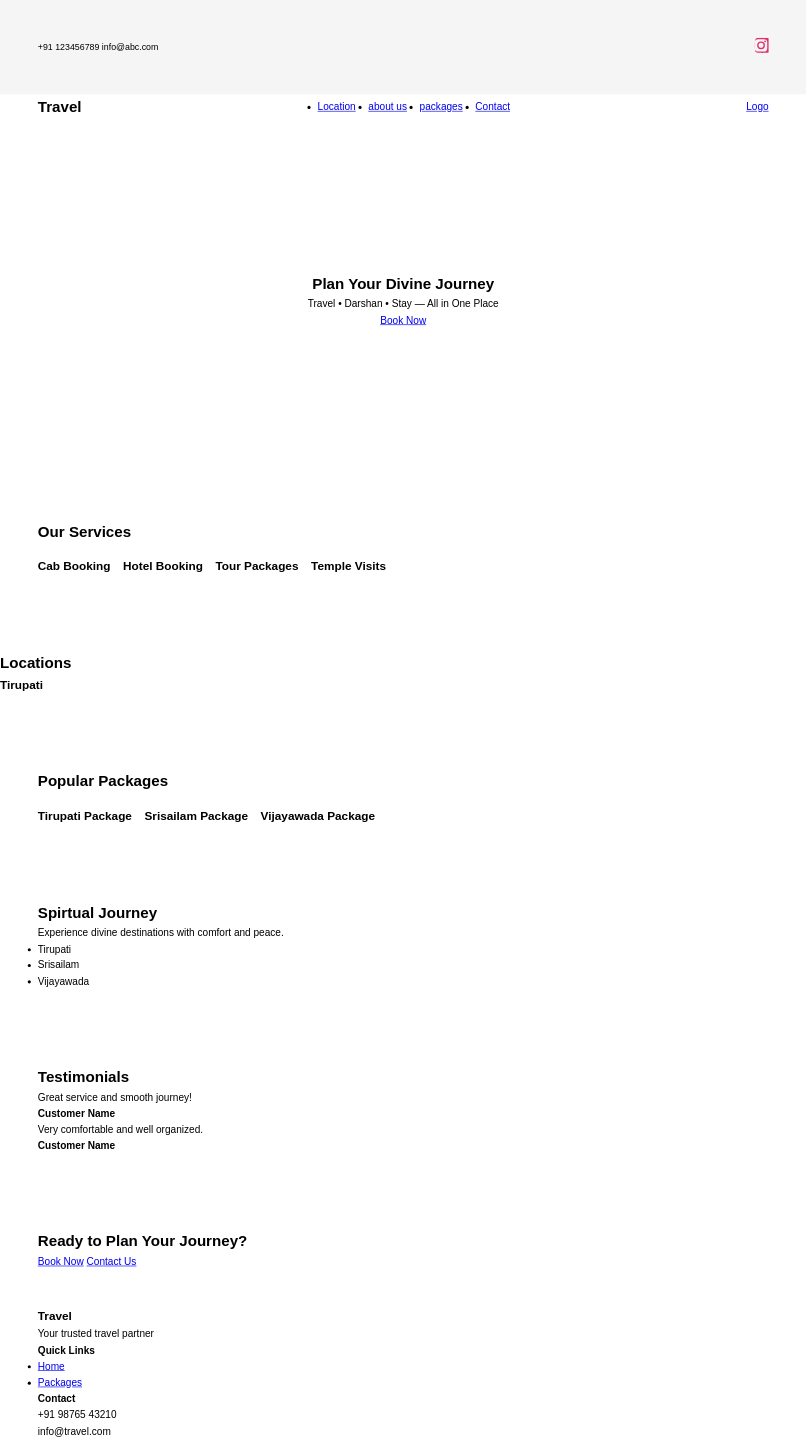
Repository: heytirupati/Bookingweb
Page: index.html
These files come from the project's save history. The page is drawn as it stood at one moment and after a run of saves; the edit follows.
The browser window is 1280 px wide. The pictures show the whole page, at 63% of full size.

Above is the page before, as saved 2026-03-27 11:45:43.

### index.html
<!DOCTYPE html>

<html lang="en">


    <link rel="stylesheet" href="css/style.css">
<head>
    <meta charset="UTF-8">
    <meta name="viewport" content="width=device-width, initial-scale=1.0">
    <title> Travel Website</title>
</head>
<body>


<!-- this is top bar section  -->
    <section class="top-bar">
        <div class="container">
            <div class="top-left">
                <span> +91 123456789</span>
                <span>info@abc.com</span>
            </div>
            <div class="top-right"></div>
            <a href="instalink here" target="blank">
                <svg xmlns="http://www.w3.org/2000/svg" width="24" height="24" fill="#E1306C" viewBox="0 0 24 24">
                    <path d="M12 2.163c3.204 0 3.584.012 4.849.07 1.366.062 2.633.34 3.608 1.316.975.975 1.254 2.242 1.316 3.608.058 1.265.069 1.645.069 4.849s-.012 3.584-.07 4.849c-.062 1.366-.34 2.633-1.316 3.608-.975.975-2.242 1.254-3.608 1.316-1.265.058-1.645.069-4.849.069s-3.584-.012-4.849-.07c-1.366-.062-2.633-.34-3.608-1.316-.975-.975-1.254-2.242-1.316-3.608C2.175 15.584 2.163 15.204 2.163 12s.012-3.584.07-4.849c.062-1.366.34-2.633 1.316-3.608C4.524 2.573 5.791 2.294 7.157 2.232 8.422 2.175 8.802 2.163 12 2.163zm0-2.163C8.741 0 8.332.013 7.052.072 5.78.131 4.658.414 3.732 1.34 2.806 2.266 2.523 3.388 2.464 4.66 2.405 5.941 2.392 6.35 2.392 12c0 5.65.013 6.059.072 7.34.059 1.272.342 2.394 1.268 3.32.926.926 2.048 1.209 3.32 1.268 1.281.059 1.69.072 7.34.072s6.059-.013 7.34-.072c1.272-.059 2.394-.342 3.32-1.268.926-.926 1.209-2.048 1.268-3.32.059-1.281.072-1.69.072-7.34s-.013-6.059-.072-7.34c-.059-1.272-.342-2.394-1.268-3.32-.926-.926-2.048-1.209-3.32-1.268C18.059.013 17.65 0 12 0z"/>
                    <path d="M12 5.838a6.162 6.162 0 1 0 0 12.324 6.162 6.162 0 0 0 0-12.324zm0 10.162a3.999 3.999 0 1 1 0-7.998 3.999 3.999 0 0 1 0 7.998z"/>
                    <circle cx="18.406" cy="5.594" r="1.44"/>

                </svg>
            </a>

        </div>

    </section>



    <!-- this is nav section  -->

    <header class="navbar">
        <div class="container">
            <div class="logo">
                <h2>Travel</h2>
            </div>

            <nav class="nav-menu">
                <ul>
                    <li><a href="#">Location</a></li>
                    <li><a href="#">about us</a></li>
                    <li><a href="#">packages</a></li>
                    <li><a href="#">Contact</a></li>

                </ul>

            </nav>
            <div class="top-left">
                <a href="#">Logo</a>

            </div>

        </div>

    </header>

    <section class="hero">
        <div class="container">
            <h1>Plan Your Divine Journey</h1>
            <p>Travel • Darshan • Stay — All in One Place</p>
            <div class="nav-btn">
                <a href="#">Book Now</a>
            </div>
        </div>
    </section>

    <section>
        <div class="services">
            <div class="container">
                <h2>Our Services</h2>
                <div class="service-cards">
                     <div class="card">
                    <h3>Cab Booking</h3>
                </div>

                <div class="card">
                    <h3>Hotel Booking</h3>
                </div>

                <div class="card">
                    <h3>Tour Packages</h3>
                </div>

                <div class="card">
                    <h3>Temple Visits</h3>
                </div>

            </div>

        </div>
    </section>


<!-- this is Location section  -->

<section class="locations">
    <h2>Locations</h2>
            <div class="location-card">
                <h3>Tirupati</h3>
            </div>
    </div>
</section>


<!-- this is popular package section  -->
<section class="packages">
        <div class="container">
            <h2>Popular Packages</h2>
            <div class="package-cards">

                <div class="card">
                    <h3>Tirupati Package</h3>
                </div>

                <div class="card">
                    <h3>Srisailam Package</h3>
                </div>

                <div class="card">
                    <h3>Vijayawada Package</h3>
                </div>

            </div>
        </div>
    </section>
<!-- this is Spirtual Journey section  -->
    <section class="spiritual">
        <div class="container">
            <div class="spiritual-content">
                <h2>Spirtual Journey</h2>
                <p>
                    Experience divine destinations with comfort and peace.
                </p>
                <ul>
                    <li>Tirupati</li>
                    <li>Srisailam</li>
                    <li>Vijayawada</li>
                </ul>

            </div>
            <div class="spiritual-image">
                <!-- Image goes here -->
            </div>
        </div>

    </section>
<!-- 8. Testimonials -->
    <section class="testimonials">
        <div class="container">
            <h2>Testimonials</h2>
            <div class="testimonial-cards">

                <div class="card">
                    <p>Great service and smooth journey!</p>
                    <h4>Customer Name</h4>
                </div>

                <div class="card">
                    <p>Very comfortable and well organized.</p>
                    <h4>Customer Name</h4>
                </div>

            </div>
        </div>
    </section>

    <!-- 9. CTA Section -->
    <section class="cta">
        <div class="container">
            <h2>Ready to Plan Your Journey?</h2>
            <a href="#">Book Now</a>
            <a href="#">Contact Us</a>
        </div>
    </section>

    <!-- 10. Footer -->
    <footer class="footer">
        <div class="container">

            <div class="footer-col">
                <h3>Travel</h3>
                <p>Your trusted travel partner</p>
            </div>

            <div class="footer-col">
                <h4>Quick Links</h4>
                <ul>
                    <li><a href="#">Home</a></li>
                    <li><a href="#">Packages</a></li>
                </ul>
            </div>

            <div class="footer-col">
                <h4>Contact</h4>
                <p>+91 98765 43210</p>
                <p>info@travel.com</p>
            </div>

        </div>
    </footer>











</body>
</html>

### css/style.css
* {
    margin: 0;
    padding: 0;
    box-sizing:border-box ;

}

body{
    font-family: Arial,sans-serif;
    line-height: 1.6;
}

.container{
    max-width: 1200px;
    margin: auto;
    padding: 0 20px;
}

section{
    padding: 60px 0;
}

.flex{
    display: flex;
    justify-content: space-between;
    align-items: center;
}

.top-bar{
    background-color : #f5f5f5 ;
    font-size: 14px;
}

.top-bar .container{
    display: flex;
    justify-content: space-between;
    align-items: center;
}

.navbar{
    background-color: #fff;

}

.navbar .container{
    display: flex;
    justify-content: space-between;
    align-items: center;
}
.nav-menu ul{
    display: flex;
    justify-content: space-between;
    gap: 20px;
}

.hero{
    height: 80vh;
    display: flex;
    align-items: center;
    text-align: center;
}

.service-cards,
.package-cards,
.testimonal-cards{
    display: flex;
    gap: 20px;
    margin-top: 20px;
}

.card{
    flex:;
}

After the next 2 saves:
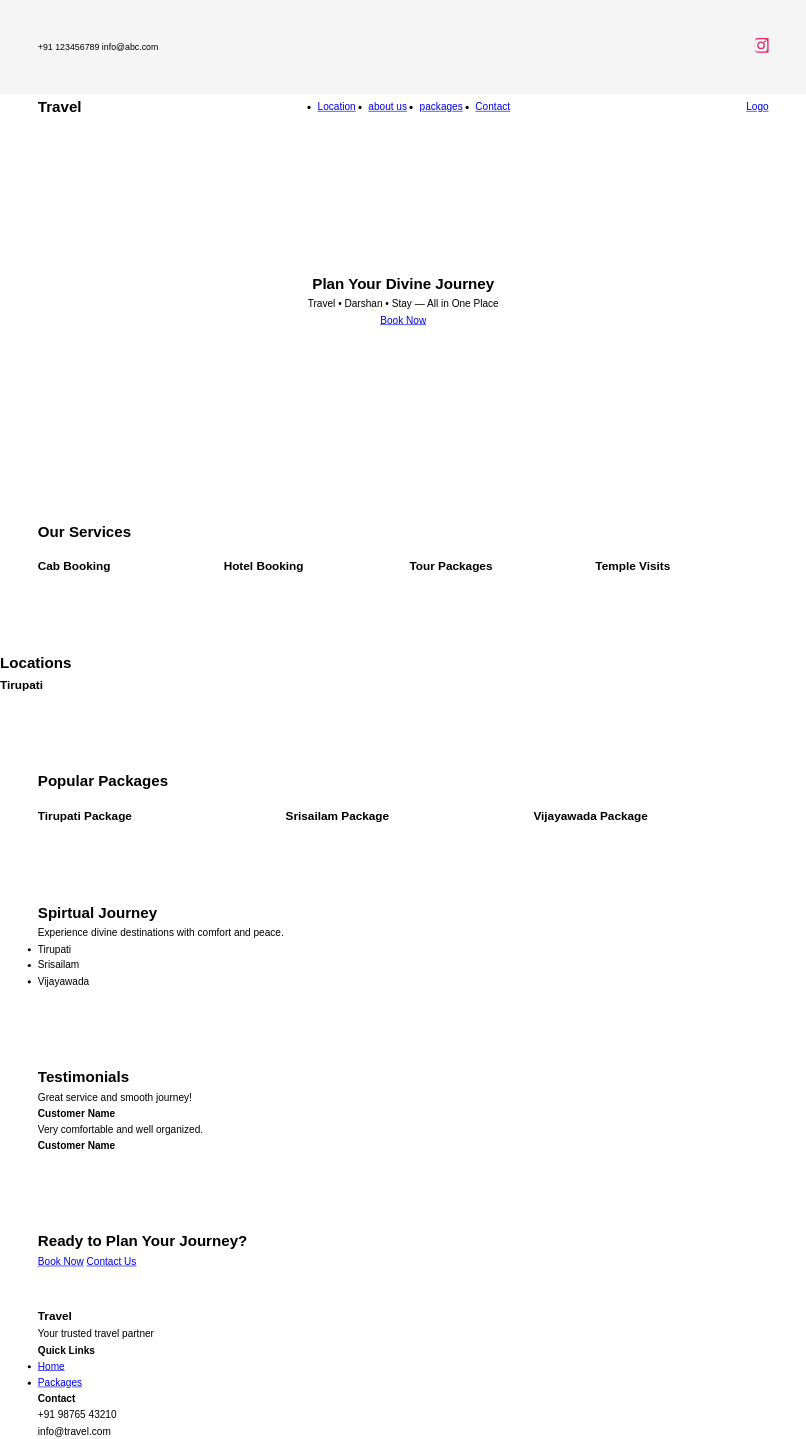
The 2 saves are shown as one change because they came seconds apart.
The last was saved 5 s later.
--- a/css/style.css
+++ b/css/style.css
@@ -69,5 +69,5 @@ section{
 }
 
 .card{
-    flex:;
+    flex:1
 }
